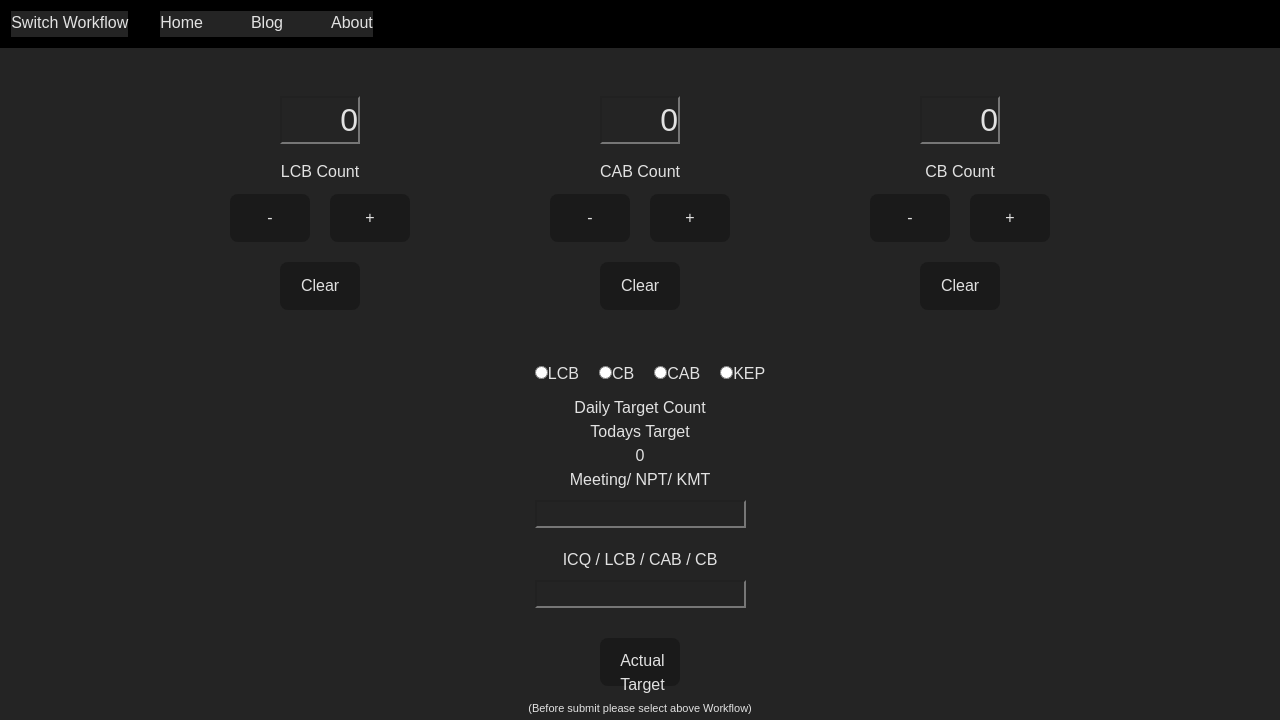
Repository: suraj-yadav7/SwitchWorkflow-Count-reactjs
Page: /
These files come from the project's save history. The page is drawn as it stood at one moment and after the next save; the edit follows.
The browser window is 1280 px wide. The pictures show the whole page.
The project was rebuilt for these pictures with package versions that can differ from the ones it lists, and the page was loaded fresh each time.

Above is the page before, as saved 2023-04-20 09:52:01.

### src/App.js
import './App.css';
import DailyTarget from './Components/DailyTarget';
import TitleCount from './Components/TitleCount';

function App() {
  return (
    <>
    <TitleCount />
    <DailyTarget />
    </>
  );
}

export default App;

### src/App.css
*{
  margin: 0;
  padding: 0;
  box-sizing: border-box;


  font-family: Inter, Avenir, Helvetica, Arial, sans-serif;
  font-size: 16px;
  line-height: 24px;
  font-weight: 400;

  color-scheme: light dark;
  color: rgba(255, 255, 255, 0.87);
  background-color: #242424;

  font-synthesis: none;
  text-rendering: optimizeLegibility;
  -webkit-font-smoothing: antialiased;
  -moz-osx-font-smoothing: grayscale;
  font-family: "Work Sans", sans-serif;

}

button{
  width: 5rem;
  margin: 10px;
  height: 3rem;
  border-radius: 8px;
  border: 1px solid transparent;
  padding: 0.6em 1.2em;
  font-size: 1em;
  font-weight: 500;
  font-family: inherit;
  background-color: #1a1a1a;
  cursor: pointer;
  transition: border-color 0.25s;
}
button:hover {
  border-color: #646cff;
}
button:focus,
button:focus-visible {
  outline: 4px auto -webkit-focus-ring-color;
}
a{
  font-weight: 500;
  color: #646cff;
  text-decoration: inherit;
}
a:hover {
  color: #535bf2;
}
li,a{
  list-style: none;
}
/* Nav bar */
nav{
  width: 100%;
  height: 3rem;
  display: flex;
  padding: 0.7rem;
  background-color: black;
  color: white;
  font: 400 1.2rem san-serif;
}
nav > ul{
  display: flex;
  gap: 3rem;
  margin-left: 2rem;
}

.container1{
  display:flex ;
  justify-content: center;
  align-items: center;
  gap: 2rem;
  padding: 2rem;
}

.card-body{
  text-align: center;
}

.card >input{
  width: 5rem;
  height: 3rem;
  font-size: 2rem;
  text-align: right;
  margin:1rem  6.5rem;
}

/* Daily Target style */
.dailyTarget{
  align-items: center;
  display: flex;
  justify-content: center;
}

.textType{
  display: flex;
  flex-direction: column;
  width: 20rem;
  align-items: center;
  justify-content: center;
}
.textType >input{
  margin: 8px 0px 20px 0px;
  text-align: center;
}

.radioBtn >input{
  margin-left: 20px;
}

/* gitcode */

### src/Components/DailyTarget.jsx
import React from 'react'
import {useState, useEffect} from "react"
const DailyTarget = () => {
        const [target, setTarget] = useState({
            targ:0,
            npt:0,
            icq:0
        })

        const [radioBtn, setradioBtnClick] = useState("")

        const inputVal1 = (e)=>{
            let val = parseInt(e.target.value)
            console.log(val)
            setTarget((prev)=> ({...prev, npt:val || 0}))
        }

        const inputVal2 = (e)=>{
            let val = parseInt(e.target.value)
            console.log(val)
            setTarget((prev)=> ({...prev, icq:val || 0}))

        }

        const targetHandle = (e) =>{
            if(radioBtn === "LCB"){
                let output = (955-((parseInt((target.npt/0.502).toFixed())) + parseInt((target.icq/6).toFixed())))
                setTarget((prev)=>({...prev,targ:output}))
            }
            else if(radioBtn === "CB") {
                let output = (310-((parseInt((target.npt/1.548).toFixed())) + parseInt((target.icq/6).toFixed())))
                // let output = parseInt(310-((parseInt((target.npt).toFixed())) + parseInt((target.icq/6).toFixed())))
                // console.log(310-((target.npt/1.548) + (target.icq/6)))
                setTarget((prev)=>({...prev,targ:output}))
                console.log("the final reulst",target.targ)
            }
            else if(radioBtn === "CAB") {
                let output = (442-((parseInt((target.npt/1.085).toFixed())) + parseInt((target.icq/6).toFixed())))
                setTarget((prev)=>({...prev,targ:output}))
            }

        }
            useEffect(()=>{
                setTarget((prev)=>({...prev,targ:0}))
            },[radioBtn])

    return (
        <>
            <div className='dailyTarget'>
                <div class="card card2" >
                    <div class="card-body textType">
                    <div className="radioBtn" style={{margin: "10px"}}>
                        <input type='radio' onChange={e => setradioBtnClick(e.target.value)} name="workFlow" value="LCB"/>LCB
                        <input type='radio'onChange={e => setradioBtnClick(e.target.value)} name="workFlow" value="CB"/>CB
                        <input type='radio' onChange={e => setradioBtnClick(e.target.value)} name="workFlow" value="CAB"/>CAB
                        <input type='radio'onChange={e => setradioBtnClick(e.target.value)} name="workFlow" value="KEP"/>KEP
                    </div>
                        <h5 class="card-title">Daily Target Count</h5>
                        <span>Todays Target</span><h3>{target.targ<=0?0:target.targ}</h3>
                        <span>Meeting/ NPT/ KMT</span><input type='text' name="npt"  onChange={inputVal1} />
                        <span>ICQ / LCB / CAB / CB</span><input type='text' name="icq"  onChange={inputVal2} />
                        <button  onClick={targetHandle}>Actual Target</button>
                        <p style={{fontSize: "11px"}}>(Before submit please select above Workflow)</p>
                    </div>
                </div>

            </div>
        </>
    )
}

export default DailyTarget

### src/Components/TitleCount.jsx
import React from 'react'
import { useState, useEffect } from 'react'
const TitleCount = () => {

    const [lcbCount, setLcbCount] = useState(parseInt(localStorage.getItem("lcbKey")) || 0)
    const [cbCount, setcbCount] = useState(parseInt(localStorage.getItem("cbKey")) || 0)
    const [cabCount, setCabCount] = useState(parseInt(localStorage.getItem("cabKey")) || 0)

    useEffect(()=>{
        localStorage.setItem("lcbKey", lcbCount)
        localStorage.setItem("cbKey", cbCount)
        localStorage.setItem("cabKey", cabCount)
    },[lcbCount,cbCount,cabCount])

    return (
        <>
        <nav>
            <span>Switch Workflow</span>
                <ul>
                    <li>Home</li>
                    <li>Blog</li>
                    <li>About</li>
                </ul>
        </nav>
            <div className="container1">
                <div class="card" style={{width: "18rem"}}>
                    <input type='text' name="lcbCount" value={lcbCount}/>
                    <div class="card-body">
                        <h5 class="card-title">LCB Count</h5>
                        <button onClick={()=>setLcbCount(val => (lcbCount>0 ? val-1: 0))}>-</button>
                        <button onClick={()=>setLcbCount(val => val+1)}>+</button>
                        <button onClick={()=>setLcbCount(0)}>Clear</button>
                    </div>
                </div>
                <div class="card" style={{width: "18rem"}}>
                    <input type='text' name="cabCount" value={cabCount}/>
                    <div class="card-body">
                        <h5 class="card-title">CAB Count</h5>
                        <button onClick={()=>setCabCount(val => (cabCount>0 ? val-1: 0))}>-</button>
                        <button onClick={()=>setCabCount(val => val+1)}>+</button>
                        <button onClick={()=>setCabCount(0)}>Clear</button>
                    </div>
                </div>
                <div class="card" style={{width: "18rem"}}>
                    <input type='text' name="cbCount" value={cbCount}/>
                    <div class="card-body">
                        <h5 class="card-title">CB Count</h5>
                        <button onClick={()=>setcbCount(val => (cbCount>0 ? val-1: 0))}>-</button>
                        <button onClick={()=>setcbCount(val => val+1)}>+</button>
                        <button onClick={()=>setcbCount(0)}>Clear</button>
                    </div>
                </div>
            </div>

        </>
    )
}

export default TitleCount

Loaded but not shown: src/index.js (common file)

After the next save:
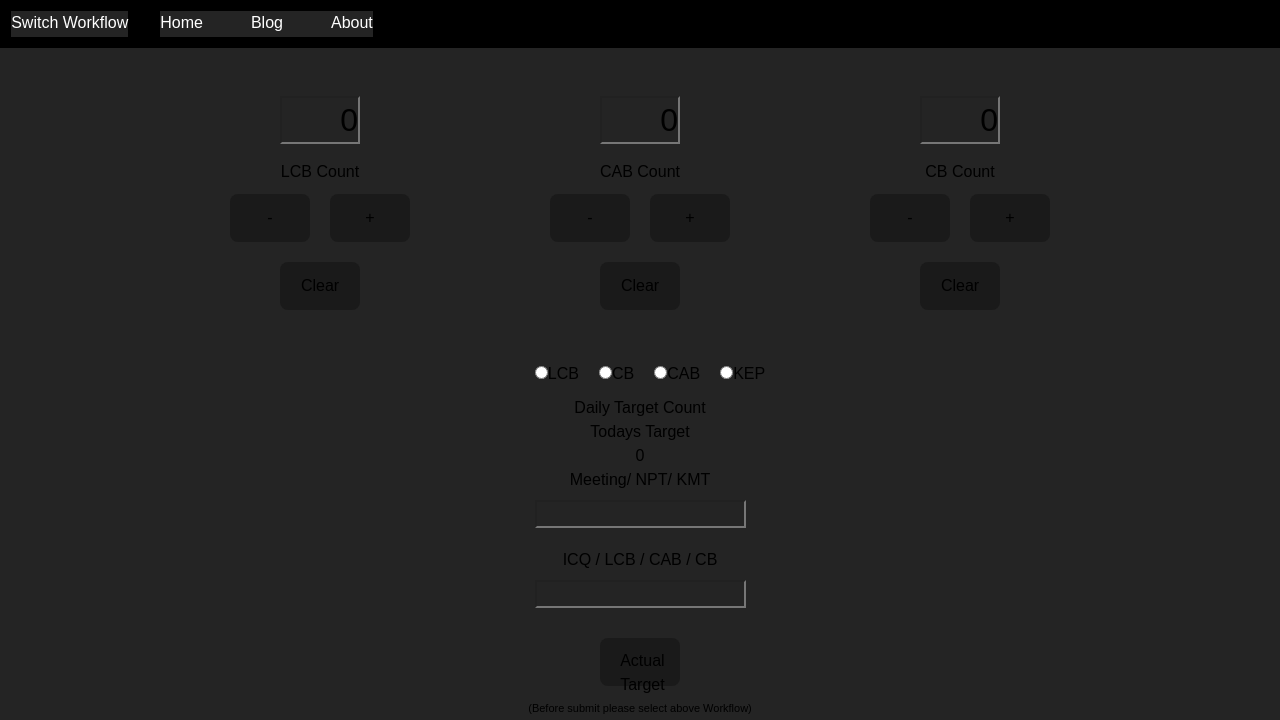
Saved 2 min 27 s later.
--- a/src/App.css
+++ b/src/App.css
@@ -10,7 +10,7 @@
   font-weight: 400;
 
   color-scheme: light dark;
-  color: rgba(255, 255, 255, 0.87);
+  /* color: rgba(255, 255, 255, 0.87); */
   background-color: #242424;
 
   font-synthesis: none;

After the 2 saves that followed:
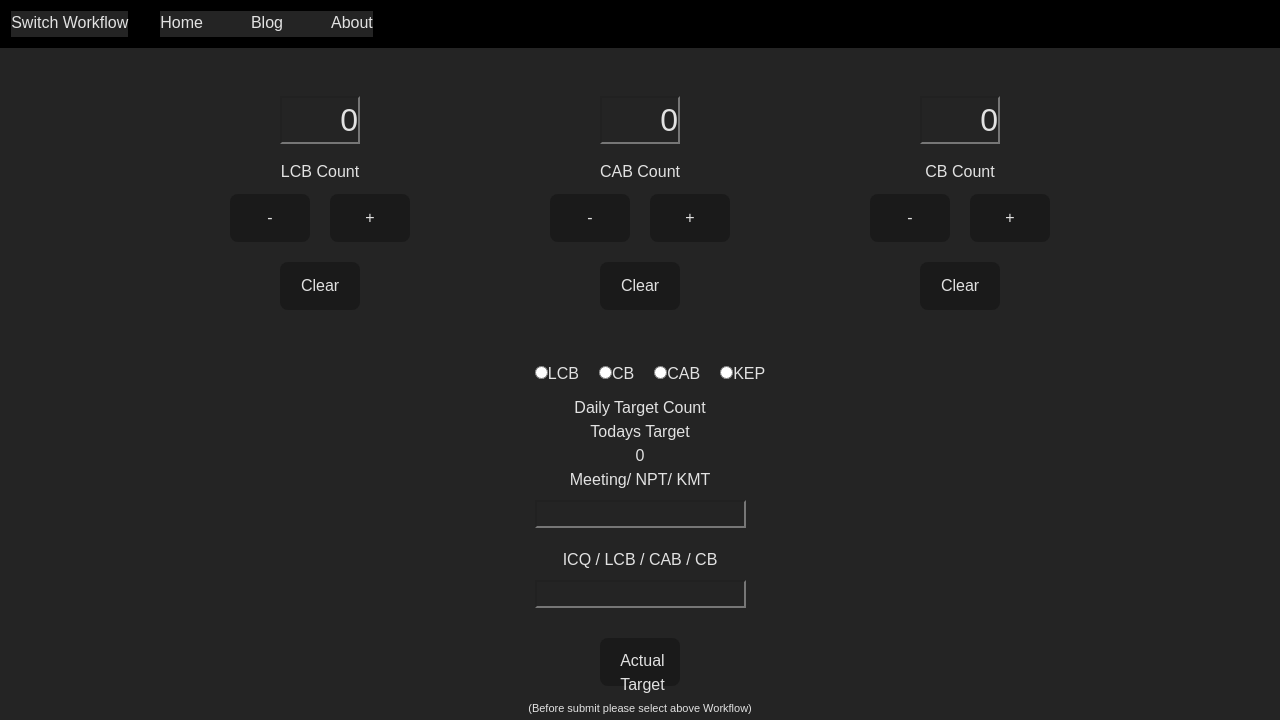
The 2 saves are shown as one change because they came seconds apart.
The last was saved 9 s later.
--- a/src/App.css
+++ b/src/App.css
@@ -9,8 +9,8 @@
   line-height: 24px;
   font-weight: 400;
 
-  color-scheme: light dark;
-  /* color: rgba(255, 255, 255, 0.87); */
+  /* color-scheme: light dark; */
+  color: rgba(255, 255, 255, 0.87);
   background-color: #242424;
 
   font-synthesis: none;
